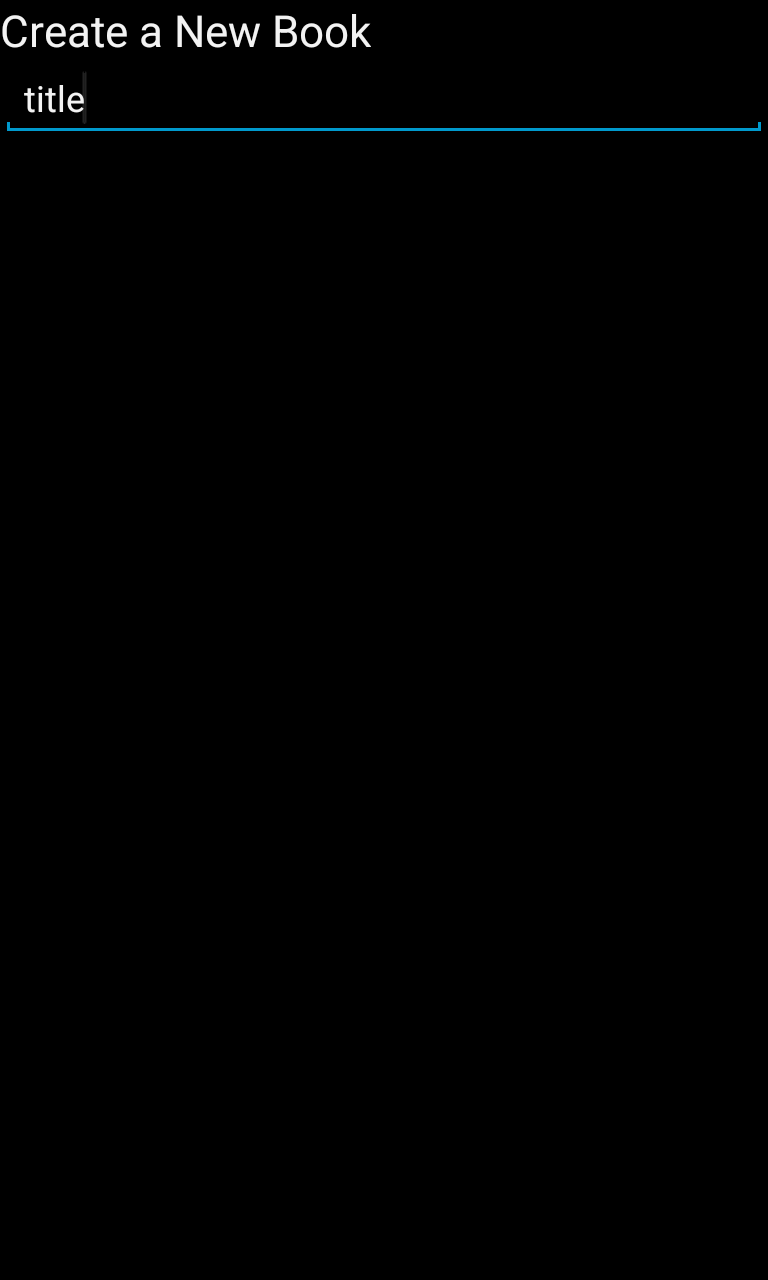
Repository: ringe/andra
Layout: Bookie/res/layout/newbook.xml
An editor plug-in stored every save of this project. The layout is shown before and after the next save, followed by the edit.
It is drawn on a 768 x 1280 px phone screen (xhdpi) without system bars, with theme android:Theme.Holo; the app's code is not run.

Above is the layout before, as saved 2012-02-28 11:58:20.

### Bookie/res/layout/newbook.xml
<?xml version="1.0" encoding="utf-8"?>
<LinearLayout xmlns:android="http://schemas.android.com/apk/res/android"
    android:layout_width="match_parent"
    android:layout_height="match_parent"
    android:orientation="vertical" >

    <TextView
        android:id="@+id/textView1"
        android:layout_width="wrap_content"
        android:layout_height="wrap_content"
        android:text="Create a New Book"
        android:textAppearance="?android:attr/textAppearanceLarge" />

    <EditText
        android:id="@+id/editText1"
        android:layout_width="match_parent"
        android:layout_height="wrap_content"
        android:text="title" >

        <requestFocus />
    </EditText>

</LinearLayout>

After the next save:
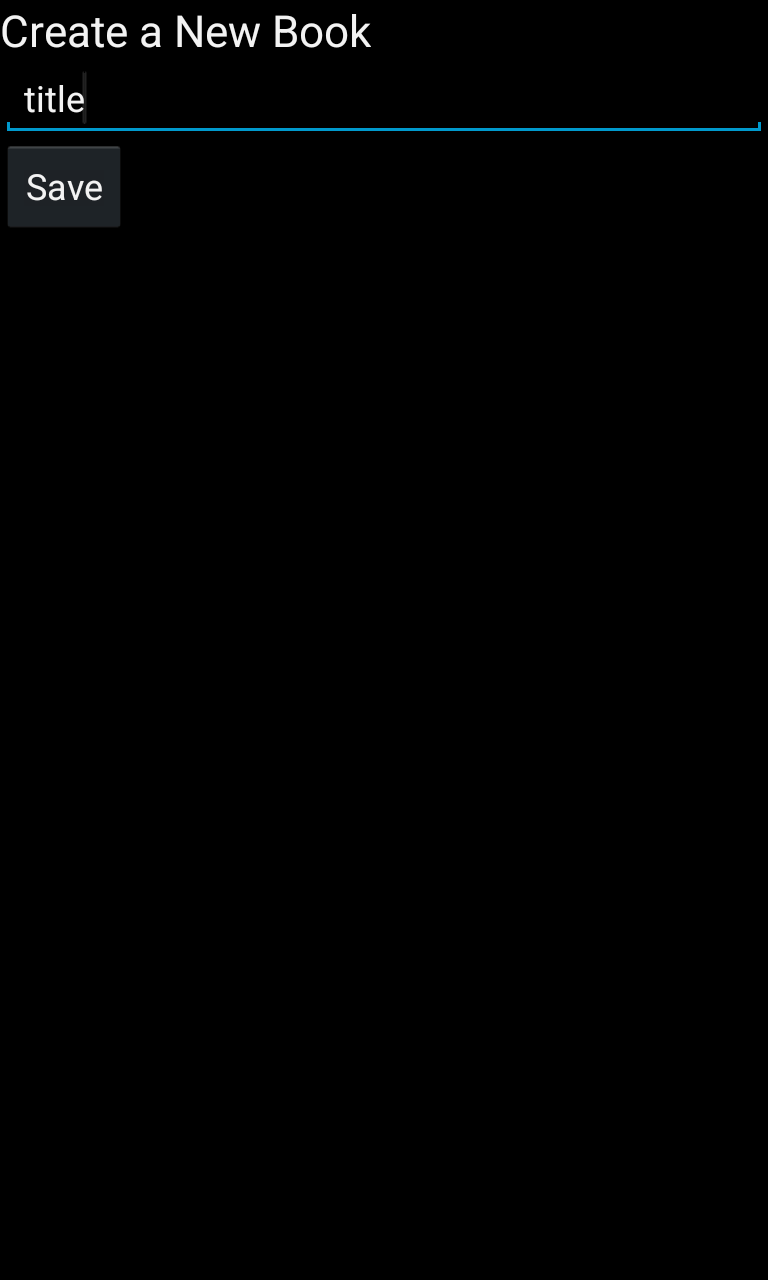
Saved 36 s later.
--- a/Bookie/res/layout/newbook.xml
+++ b/Bookie/res/layout/newbook.xml
@@ -20,4 +20,10 @@
         <requestFocus />
     </EditText>
 
+    <Button
+        android:id="@+id/button1"
+        android:layout_width="wrap_content"
+        android:layout_height="wrap_content"
+        android:text="Save" />
+
 </LinearLayout>
